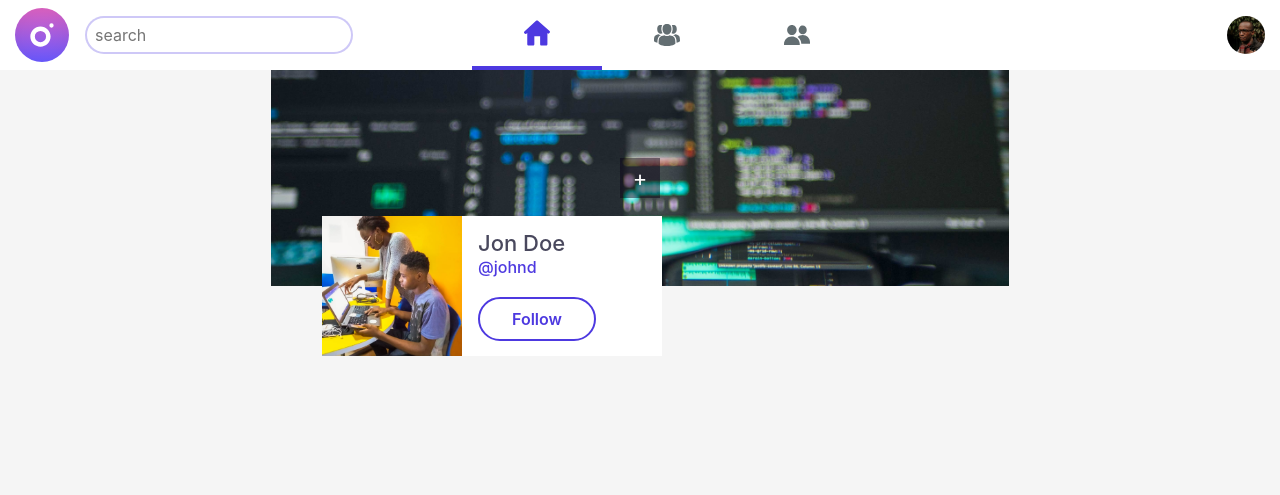
Repository: Flovet-stack/memic
Page: admin-profile.html
An editor plug-in stored every save of this project. The page is shown before and after the next save, followed by the edit.
The browser window is 1280 px wide. The pictures show the whole page.
Some web fonts or font styles are not loaded; a fallback is used.

Above is the page before, as saved 2020-10-27 23:44:53.
Console error: TypeError: Cannot read properties of undefined (reading 'fn')

### admin-profile.html
<!DOCTYPE html>
<html lang="en">
<head>
    <meta charset="UTF-8">
    <meta name="viewport" content="width=device-width, initial-scale=1.0">
    <link rel="icon" type="image/png" sizes="32x32" href="assets/images/faceit.svg">
    <!-- custom styles -->
    <link rel="stylesheet" href="css/home.css">
    <link rel="stylesheet" href="css/admin-profile.css">

    <!-- custom fonts -->
    <link rel="stylesheet" href="/usr/share/fonts/opentype/malayalam/Manjari-Regular.otf">

    <!-- bootstrap css styles -->
    <link rel="stylesheet" href="dist/css/bootstrap.min.css">
    <title>memes | Home</title>
</head>
<body>
    <!-- start of the home page design template -->

    <!-- start of the head section of the page -->
    <div class="home-head container-fluid">
        <div class="row">
            <div class="home-head-sec-1">
                <div class="logo"><img src="assets/images/faceit.svg" alt=""></div>
                <form>
                    <input data-toggle="tooltip" title="search" type="text" name="" id="" placeholder="search">
                </form>
            </div>
            <div class="home-head-sec-2">
                <a data-toggle="tooltip" title="Home" class="active" href="#">
                    <img class="primary-icon" src="assets/icons/house.svg" alt="">
                    <img class="secondary-icon" src="assets/icons/house-primary.svg" alt="">
                </a>
                <a data-toggle="tooltip" title="Groups" href="#">
                    <img class="primary-icon" src="assets/icons/user-group.svg" alt="">
                    <img class="secondary-icon" src="assets/icons/user-group-primary.svg" alt="">
                </a>
                <a data-toggle="tooltip" title="Friends" href="#">
                    <img class="primary-icon" src="assets/icons/friends.svg" alt="">
                    <img class="secondary-icon" src="assets/icons/friends-primary.svg" alt="">
                </a>
            </div>
            <div class="home-head-sec-3">
                <div class="user-menu">
                    <img src="assets/images/avatar.jpg" alt="">
                </div>
            </div>
        </div>
    </div>
    <!-- end of the head section of the page -->
    <!-- start of the body section of the page -->
    <div class="home-body container-fluid">
        <div class="row">
            <div class="home-center">
                <div class="container-fluid">
                    <div class="profile-card">
                        <div class="profile-cover" style="background: url(assets/images/kevin-ku-w7ZyuGYNpRQ-unsplash.jpg);">
                            <div class="profile-info">
                                <div class="profile-info-pic"><img src="assets/images/Pic.jpg" alt=""></div>
                                <div class="profile-info-details">
                                    <h3>Jon Doe</h3>
                                    <h5>@johnd</h5>
                                    <button class="follow-btn">Follow</button>
                                </div>
                            </div>
                            <button class="change-cover-btn">+</button>
                        </div>
                    </div>
                </div>
            </div>
        </div>
    </div>
    <!-- end of the head section of the page -->

    <!-- end of the home page design template -->

    <script src="dist/js/bootstrap.min.js"></script>
    <script src="https://code.jquery.com/jquery-3.5.1.slim.min.js"
        integrity="sha384-DfXdz2htPH0lsSSs5nCTpuj/zy4C+OGpamoFVy38MVBnE+IbbVYUew+OrCXaRkfj"
        crossorigin="anonymous"></script>
</body>
</html>

### css/home.css
@import 'main-styles.css';
@import 'user-card.css';
@import 'post-card.css';

.home-head {
    width: 100vw;
    height: 70px;
    /* background-color: var(--white-shade-1); */
    background-color: var(--white) !important;
    /* border-bottom: var(--border); */
    padding: var(--padding-1) var(--padding-3);
    position: fixed;
    z-index: 9;
}
.home-head .row {
    text-align: center;
    justify-content: space-between;
}
.home-head-sec-1 {
    width: calc((100vw - 740px) / 2);
    height: calc(70px - (var(--padding-1) * 2));
    display: flex;
}
.home-head-sec-1 .logo {
    height: 100%;
    width: auto;
    display: grid;
    align-items: center;
    justify-content: center;
}
.home-head-sec-1 .logo img {
    height: calc(70px - (var(--padding-1) * 2));
    width: calc(70px - (var(--padding-1) * 2));
}
.home-head-sec-1 form {
    height: 100%;
    width: auto;
    display: grid;
    align-items: center;
    margin-left: var(--padding-2);
}
.home-head-sec-1 form input {
    height: 70%;
    width: auto;
    display: grid;
    justify-content: center;
    outline: none;
    padding: 0 var(--padding-1);
    border: 2px solid var(--secondary-overlay);
    border-radius: var(--border-radius);
    transition-duration: var(--duration);
}
.home-head-sec-1 form input:focus {
    border: 3px solid var(--secondary-overlay);
    transition-duration: var(--duration);
    height: 85%;
}
.home-head-sec-2 {
    height: calc(70px - (var(--padding-1) * 2));
    max-width: 740px;
    width: 740px;
    display: flex;
    align-items: center;
    justify-content: center;
}
.home-head-sec-2 a {
    width: 130px;
    height: 100%;
    display: flex;
    align-items: center;
    justify-content: center;
    outline: none;
    border-radius: var(--border-radius);
    transition-duration: var(--duration);
}
.home-head-sec-2 a:hover {
    background-color: var(--white-shade-1);
    transition-duration: var(--duration);
}
.home-head-sec-2 a img{
    width: 20%;
}
.home-head-sec-3 {
    text-align: right;
    display: grid;
    align-content: center;
    /* background-color: red; */
    width: calc((100vw - 740px) / 2.5);
    height: calc(70px - (var(--padding-1) * 2));
}
.secondary-icon{
    display: none;
}
.home-head-sec-2 a.active {
    height: 70px !important;
    border-radius: 0 !important;
    background-color: transparent;
    border-bottom: 4px solid var(--secondary-color);
}
.home-head-sec-2 .active:hover {
    background-color: transparent !important;
}
.active .secondary-icon {
    display: block;
}
.active .primary-icon {
    display: none;
}
.home-head-sec-3 .user-menu img {
    width: calc(70px - (var(--padding-2) * 2));
    height: calc(70px - (var(--padding-2) * 2));
    border-radius: var(--circular-radius);
}
/* @media (min-width: 768px) {
  .container {
    max-width: 720px;
  }
}

@media (min-width: 992px) {
  .container {
    max-width: 960px;
  }
}

@media (min-width: 1200px) {
  .container {
    max-width: 1140px;
  }
} */

/* start of the home body section */
.home-body {
    width: 100vw;
    /* height: calc(100vh - 70px); */
}
.home-left {
    width: 20vw;
    height: calc(100vh - 70px);
    padding: var(--padding-2);
    position: fixed;
    top: 70px;
    left: 0;
    background-color: var(--white);
}
.home-center {
    /* border-top: var(--border); */
    position: absolute;
    left: 20vw;
    top: 70px;
    width: 60vw;
    height: auto;
    box-sizing: border-box !important;
}
.home-center-sub {
    margin: var(--padding-2) auto;
    width: 75% !important;
    min-width: 430px;
}
.home-right {
    width: 20vw;
    height: calc(100vh - 70px);
    background-color: var(--white);
    position: fixed;
    top: 70px;
    right: 0;
    padding: var(--padding-2);
}
/* end of the home body section */
/* start of the home left section */
.home-left .user-card {
    width: 100%;
}
.home-left .user-card:hover {
    background-color: var(--transparent-overlay);
}
.home-left .user-card .card-time {
    display: none;
}
#home-left-nav-1 {
    width: 100%;
    height: auto;
    margin-top: var(--padding-3) !important;
    padding: 0;
}
.home-left ul {
    width: 100%;
    height: auto;
}
.home-left .nav-item {
    list-style-type: none;
    width: 100%;
    height: auto;
}
.home-left .nav-link {
    width: 100%;
    height: auto;
    font-size: var(--font-size-2);
    border-radius: var(--border-radius);
    background-color: transparent;
    color: var(--text-color);
    font-weight: 500;
    display: flex;
    transition: var(--duration);
}
.home-left .nav-link:hover {
    background-color: var(--transparent-overlay);
    transition: var(--duration);
}
.home-left .nav-link .nav-link-icon {
    width: 15%;
    display: flex;
    justify-content: right;
    align-items: center;
}
.home-left .nav-link .nav-link-detail {
    width: 80% !important;
    /* background-color: rgba(172, 255, 47, 0.596); */
    display: grid;
    align-items: center;
}
.nav-link-detail-text {
    font-size: var(--font-size-2);
    line-height: 18px;
}
.nav-link-detail-info {
    font-size: calc(var(--font-size-1) - 2px);
    line-height: 15px;
    color: var(--secondary-color);
}
.nav-link-icon img {
    width: 40px;
    height: 40px;
}
.home-left hr {
    width: 100%;
    border: none;
    height: 3px;
    background-color: var(--white-shade-2);
}
#home-left-nav-2 h6 {
    color: var(--text-color);
    font-weight: 600;
}
#home-left-footer {
    width: 100%;
    height: au;
    position: absolute;
    top: 100%;
    transform: translateY(-100%);
}
#home-left-footer ul {
    width: 100%;
    height: auto;
    padding: 0 !important;
    padding: 0 5px;
}
#home-left-footer li {
    display: inline-block;
    list-style-type: none;
    color: var(--border-color);
}
#home-left-footer li::after {
    content: '.';
    position: absolute;
    bottom: 50%;
    padding-left: 5px;
}
#home-left-footer li:last-child::after {
    content: '';
}
#home-left-footer a {
    color: var(--dark-overlay);
    font-size: calc(var(--font-size-1) - 3px);
}
#home-left-footer a:hover {
    color: var(--dark-overlay)
}
/* end of the home left section */
/* Start of the status section */
.home-center-top {
    width: 59.2vw;
    height: 3px;
    background-color: var(--white-shade-2);
    position: fixed;
    margin: 0 !important;
    z-index: 9;
    /* padding-top: var(--padding-2); */
}
.status-section {
    width: auto;
    height: 250px;
    display: flex;
    margin-bottom: var(--padding-2);
    transition-duration: var(--duration);
    padding: 0 !important;
}
.status-section:hover {
    transition-duration: var(--duration);
}
.status {
    width: 160px;
    height: 100%;
    border-radius: var(--border-radius);
    background-color: var(--white-shade-2);
    margin-right: var(--padding-1);
    background-repeat: no-repeat !important;
    background-position: center !important;
    background-size: cover !important;
    transition-duration: var(--duration);
}
.status:hover {
    position: relative;
    transform: scale(1.03);
    z-index: 2;
    transition-duration: var(--duration);
}
.status:hover .status-sub {
    background-color: var(--secondary-overlay);
    transition-duration: var(--duration);
}
.status-sub {
    padding-top: var(--padding-2);
    width: 100%;
    height: 100%;
    border-radius: var(--border-radius);
    background: linear-gradient( 130deg, var(--dark-overlay), transparent);
    transition-duration: var(--duration);
}
.status-sub .user-card {
    margin: 0 auto;
    transform: scale(.9);
}
.status-sub .user-card-pic {
    border: 3px solid var(--secondary-color);
}
.status-sub .username,
.status-sub .card-time {
    color: var(--white);
}
/* end of the status section */
/* Start of the right sidebar section */
.home-right .event-section {
    width: 100%;
    height: auto;
}
.right-sidebar-event {
    width: 100%;
    height: auto;
    background-color: transparent;
    display: flex;
    /* transform: scale(.97); */
    border-radius: calc(var(--border-radius));
    transition-duration: var(--duration);
    text-decoration: none;
}
.right-sidebar-event:hover {
    background-color: var(--white-shade-1);
    transition-duration: var(--duration);
    text-decoration: none;
}
.right-sidebar-event-img {
    width: 35%;
    height: auto;
    transform: scale(.9);
}
.right-sidebar-event-img img {
    width: 100%;
    border-radius: calc(var(--border-radius));
}
.right-sidebar-event-details {
    width: 65%;
    display: grid;
    align-content: center;
    padding-left: var(--padding-1);
    color: var(--text-color)
}
.right-sidebar-event-details h5 {
    font-size: var(--font-size-2);
    line-height: .5;
    font-weight: 600;
}
.right-sidebar-event-details h6 {
    font-size: var(--font-size-1);
}
.home-right hr {
    width: 100%;
    border: none;
    height: 3px;
    background-color: var(--white-shade-2);
}
.home-right-notification {
    width: 100%;
    height: auto;
}
.home-right-notification h6 {
    margin-top: var(--padding-2);
    color: var(--text-color);
}
.notification-reply {
    margin-top: var(--padding-1);
    width: 100%;
    height: auto;
    display: flex;
    justify-content: space-between;
}
.notification-reply button {
    width: 49%;
    height: 40px;
    border-radius: var(--border-radius);
    border: none;
    color: var(--text-color);
    transition-duration: var(--duration);
    font-weight: 600;
    outline: none !important;
}
.notification-reply button:hover {
    background-color: var(--white-shade-1);
    transition-duration: var(--duration);
}
.notification-reply button.confirm-request {
    background-color: var(--secondary-color);
    color: var(--white);
    transition-duration: var(--duration);
}
.notification-reply button.confirm-request:hover {
    background-color: var(--secondary-overlay);
    transition-duration: var(--duration);
    color: var(--text-color);
}
/* end of the right sidebar section */

@media (max-width: 768px) {
    .home-head-sec-2 {
        margin: 0 !important;
        width: 340px;
    }
    .home-head-sec-1 form {
        display: none;
    }
    .home-head-sec-1 ,
    .home-head-sec-3 {
        width: calc((100vw - 340px) / 2.5);
    }
    .home-head-sec-1 .logo img {
        height: calc(70px - (var(--padding-2) * 2));
        width: calc(70px - (var(--padding-2) * 2));
    }
    .status-section {
        display: none;
    }
    .home-center {
        width: 100vw;
        position: absolute;
        left: 0;
    }
    .post-card {
        width: 100%;
        margin: var(--padding-2) auto;
    }
    .home-right,
    .home-left {
        display: none;
        width: 0px;
    }
}

@media (min-width: 992px) {
    /* .post-card {
        width: 960px;
    } */
}

@media (min-width: 1200px) {
}

### css/admin-profile.css
.profile-card {
    width: 100%;
    height: auto;
    background-color: red;
}
.profile-cover {
    width: 100%;
    height: 30vh;
    background-color: blue;
    background-size: 100% !important;
    background-position: center !important;
}
.profile-info {
    width: 340px;
    height: 140px;
    background-color: var(--white);
    position: absolute;
    top: 100%;
    transform: translate(15%, -50%);
    display: flex;
    /* border-radius: 70px; */
    /* border-top-right-radius: 70px;
    border-bottom-right-radius: 70px; */
}
.profile-info-pic {
    width: 140px;
    height: 140px;
    background-color: var(--secondary-color);
}
.profile-info-pic img {
    width: 100%;
    height: 100%;
    /* border-top-right-radius: var(--circular-radius);
    border-bottom-right-radius: var(--circular-radius); */
}
.profile-info-details {
    padding: var(--padding-2);
}
.profile-info-details h3 {
    color:var(--text-color);
    font-size: var(--font-size-4);
    line-height: 1;
}
.profile-info-details h5 {
    color:var(--secondary-color);
    font-size: var(--font-size-1);
    line-height: .7;
}
.profile-info-details .follow-btn {
    margin-top: var(--padding-2);
}
.change-cover-btn {
    width: 40px;
    height: 40px;
    position: relative;
    transform: translate(-50%, -50%);
    left: 50%;
    top: 50%;
    border: none;
    background-color: var(--dark-overlay);
    color: var(--white);
    font-size: 22px;
    transition-duration: var(--duration);
    outline: none !important;
}
.change-cover-btn:hover {
    background-color: #000;
    transition-duration: var(--duration);
}

### css/main-styles.css
:root {
    /* color palette */
    --white: #fff;
    /* --white: #1e272e !important; */
    --white-shade-0: rgb(253, 253, 253);
    --white-shade-1: #f0f8ff;
    --white-shade-2: #ececec79;
    --white-shade-3: #d0d0d0;
    --border-color: #b2bec3;
    --primary-color: #636E72;
    /* --secondary-color: #6c5ce7; */
    --secondary-color: #4d39e0;
    --secondary-overlay: #4d39e046;
    /* --secondary-overlay: #6c5ce746; */
    --red: #d63031;
    /* --red: #970f3c; */
    --dark-overlay: rgba(10, 2, 19, 0.479);
    --transparent-overlay: #ebf6ff;
    --transparent-overlay-2: #d0d0d059;

    /* text-editing */
    --font-size-1: 16px;
    --font-size-2: 18px;
    --font-size-3: 20px;
    --font-size-4: 22px;
    --normal: 400;
    --light: 200;
    --thick: 600;
    --font-family: Manjari;
    --text-color: rgb(73, 72, 93);
    /* --text-color: #fff; */

    /* box-styling */
    --padding-1: .5rem;
    --padding-2: 1rem;
    --padding-3: 2rem;
    --border-radius: 50px;
    --circular-radius: 50%;
    --border: 2px solid var(--white-shade-2);

    /* animations */
    --duration: .5s;
}

body {
    box-sizing: border-box;
    font-family: var(--font-family);
    overflow-x: hidden;
    background-color: var(--white-shade-2) !important;
}
.row {
    margin-right: 0 !important;
    margin-left: 0 !important;
}
a {
    outline: none !important;
}
.follow-btn {
    border: 2px solid var(--secondary-color);
    background: var(--whi);
    padding: var(--padding-1) var(--padding-3);
    border-radius: var(--border-radius);
    color: var(--secondary-color);
    transition-duration: var(--duration);
    font-weight: 600;
    outline: none !important;
}
.follow-btn:hover {
    background-color: var(--secondary-color);
    color: var(--white);
    transition-duration: var(--duration);
}

### css/user-card.css
/* start of the user card styling */
.user-card {
    width: 150px;
    height: 50px;
    display: flex;
    color: var(--white);
    text-decoration: none;
    border-radius: var(--border-radius);
    transition-duration: var(--duration);
}
.user-card:hover {
    text-decoration: none;
    background-color: var(--transparent-overlay-2);
    transition-duration: var(--duration);
}
.user-card-pic {
    width: 50px;
    height: 50px;
    border-radius: var(--circular-radius);
    background-repeat: no-repeat !important;
    background-position: center !important;
    background-size: cover !important;
}
.user-card-detail {
    width: auto;
    height: 50px;
    padding-left: var(--padding-1);
    color: var(--text-color);
    display: grid;
    align-content: center;
}
.username {
    font-size: var(--font-size-2);
    font-weight: 600;
}
.card-time {
    font-size: var(--font-size-1);
    color: var(--secondary-color);
}
/* end of the user card styling */

### css/post-card.css
.post-card {
    width: 80%;
    margin: var(--padding-2) auto;
    background-color: var(--white);
    border-radius: var(--border-radius);
    padding: var(--padding-2) 0;
    /* background-color: var(--transparent-overlay); */
    background-color: var(--white);
    border: var(--border);
}
.post-card .user-card {
    margin-left: var(--padding-2);
}
/* .post-card .user-card:hover {
    background-color: var(--secondary-overlay);
} */
.post-card img {
    width: 100%;
}
.post-img {
    transform: scale(.97);
    border-radius: var(--border-radius) !important;
    background-color: var(--transparent-overlay);
}
.post-card-footer {
    margin-top: var(--padding-1);
    padding: 0 var(--padding-2);
    width: 100%;
    display: flex;
    height: auto;
}
.react,
.actions {
    width: 50%;
    height: 50px;
    display: grid;
    align-items: center;
}
.react-sub,
.actions-sub {
    width: 100%;
    height: 100%;
    display: flex;
    text-align: left;
}
.actions-sub {
    flex-direction: row-reverse;
}
.actions-sub a {
    flex-direction: row-reverse;
    margin-right: 0 !important;
    margin-left: var(--padding-1) !important;
}
.react-sub a,
.actions-sub a {
    width: 50px;
    height: 50px;
    background-color: transparent;
    margin-right: var(--padding-1);
    display: flex;
    align-items: center;
    justify-content: center;
    border-radius: var(--circular-radius);
}
.react-sub a img,
.actions-sub a img {
    width: 60%;
    height: auto;
    padding: 0 !important;
    transition-duration: var(--duration);
    border-radius: none !important;
}
.react-sub a:hover,
.actions-sub a:hover {
    background-color: var(--secondary-overlay);
    transition-duration: var(--duration);
}
.react-sub .dislike img{
    transform: rotatez(180deg) !important;
}
.share-options {
    height: auto;
    /* width: 0px; */
    width: calc((30px * 4) + ((var(--padding-1) * 2) * 6));
    background-color: var(--white);
    border-radius: var(--border-radius);
    padding:  var(--padding-1);
    /* box-shadow: 4px 4px 10px 3px var(--white-shade-2); */
    position: absolute;
    /* left: 100px; */
    margin-top: -60px;
    /* margin-left: 200px; */
    transform: scale(.9);
    transition-duration: 1s;
}
.share-options ul {
    width: auto;
    padding: 0 !important;
    margin: 0 !important;
}
.share-options li {
    width: auto;
    display: inline-block;
}
.share-options a{
    padding: var(--padding-1);
    /* background-color: red; */
}
.share-options a:hover {
    background-color: transparent;
}
.share-options a img{
    width: 30px;
    height: 30px;
    padding: .2rem !important;
    transition-duration: var(--duration);
}
.share-options a img:hover {
    transform: scale(1.3);
    transition-duration: var(--duration);
}
.share-icon {
    transition-duration: 1s
}
.share-icon:hover ~ .share-options {
    transition-duration: 1s;
    transform: scale(1);
}

.comment-section {
    width: 100%;
    padding: 0 var(--padding-2);
}
.comment-section h4 {
    font-size: var(--font-size-1);
    color: var(--text-color);
    font-weight: 600;
    margin-bottom: var(--padding-2);
}
.comment-form {
    display: flex;
    justify-content: space-between;
    margin-bottom: var(--padding-3);
}
.comment-form img {
    width: 50px;
    height: 50px;
    padding: 0 !important;
    border-radius: var(--circular-radius);
    margin-right: var(--padding-2);
}
.comment-form textarea {
    width: 75%;
    height: 50px;
    outline: none;
    font-size: var(--font-size-2);
    color: var(--text-color);
    padding: var(--padding-1) var(--padding-2);
    border: 1px solid var(--white);
    border-radius: var(--border-radius);
    transition-duration: var(--duration);
    margin-right: var(--padding-1);
    background-color: var(--white-shade-2);
}
.comment-form textarea:hover {
    border: 1px solid var(--secondary-overlay);
    transition-duration: var(--duration);
}
.comment-form textarea:focus {
    border: 1px solid var(--secondary-overlay);
    background-color: var(--white);
    transition-duration: var(--duration);
}
.comment-form button {
    outline: none !important;
    background-color: var(--secondary-overlay);
    border: none;
    border-radius: var(--circular-radius);
    color: var(--white);
    transition-duration: var(--duration);
}
.comment-form button:hover {
    outline: none;
    background-color: var(--secondary-color);
    transition-duration: var(--duration);
}
.comment {
    width: 95%;
    margin: 0 auto;
    height: auto;
    /* border-bottom: var(--border); */
}
.comment .user-card {
    margin: 0 !important;
}
.comment .user-card-pic {
    width: 30px;
    height: 30px;
    margin-top: 10px;
}
.comment .username {
    font-size: var(--font-size-1);
    line-height: .5;
}
.comment .card-time {
    font-size: calc(var(--font-size-1) - 2px) !important;
    /* line-height: .5; */
}
.comment .comment-content p {
    width: auto;
    height: auto;
    color: var(--text-color);
    margin: 0 calc(var(--padding-1) * 7);
    background-color: var(--white-shade-1);
    padding: var(--padding-1) var(--padding-3);
    border-radius: var(--border-radius);

    /* line-height: 5px; */
}
.comment .comment-like {
    height: 20px;
    font-size: calc(var(--font-size-1) - 2px);
    padding: 0 var(--padding-1);
    border-radius: var(--border-radius);
    position: relative;
    border: none;
    outline: none;
    /* bottom: 100%; */
    left: calc(100% - ((var(--padding-1) * 7) + 1.5rem));
    background-color: var(--secondary-color);
    color: var(--white);
    transition-duration: var(--duration);
    transform: translateY(-125%);
    display: flex;
    align-items: center;
    justify-content: center;
}
.comment .comment-like:hover {
    padding: 0 calc(var(--padding-1) + .1rem);
    transition-duration: var(--duration);
    background-color: var(--secondary-overlay);
}
.comment .comment-like img {
    width: 15px;
    height: 15px;
    margin-left: .3rem;
    transform: translateY(-1.5px);
}

/* @media (min-width: 768px) {
}

@media (min-width: 992px) {
}

@media (min-width: 1200px) {
} */

Loaded but not shown: dist/css/bootstrap.min.css (library); dist/js/bootstrap.min.js (library)

After the next save:
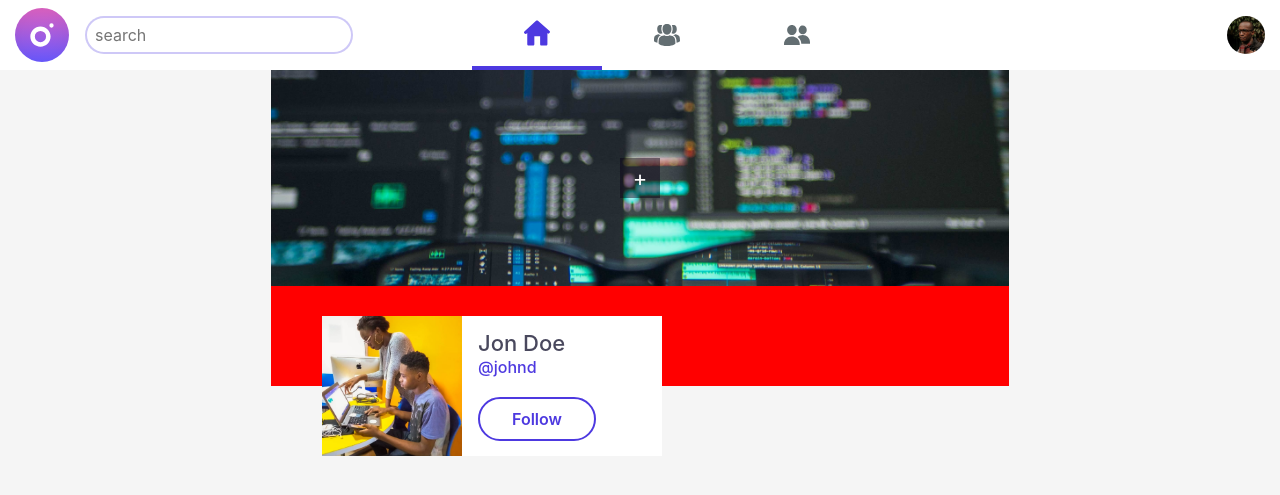
Saved 2 min 43 s later.
--- a/admin-profile.html
+++ b/admin-profile.html
@@ -66,6 +66,7 @@
                             </div>
                             <button class="change-cover-btn">+</button>
                         </div>
+                        <div class="profile-stat"></div>
                     </div>
                 </div>
             </div>
--- a/css/admin-profile.css
+++ b/css/admin-profile.css
@@ -67,3 +67,8 @@
     background-color: #000;
     transition-duration: var(--duration);
 }
+.profile-stat {
+    width: 100%;
+    height: 100px;
+    background-color: red;
+}
